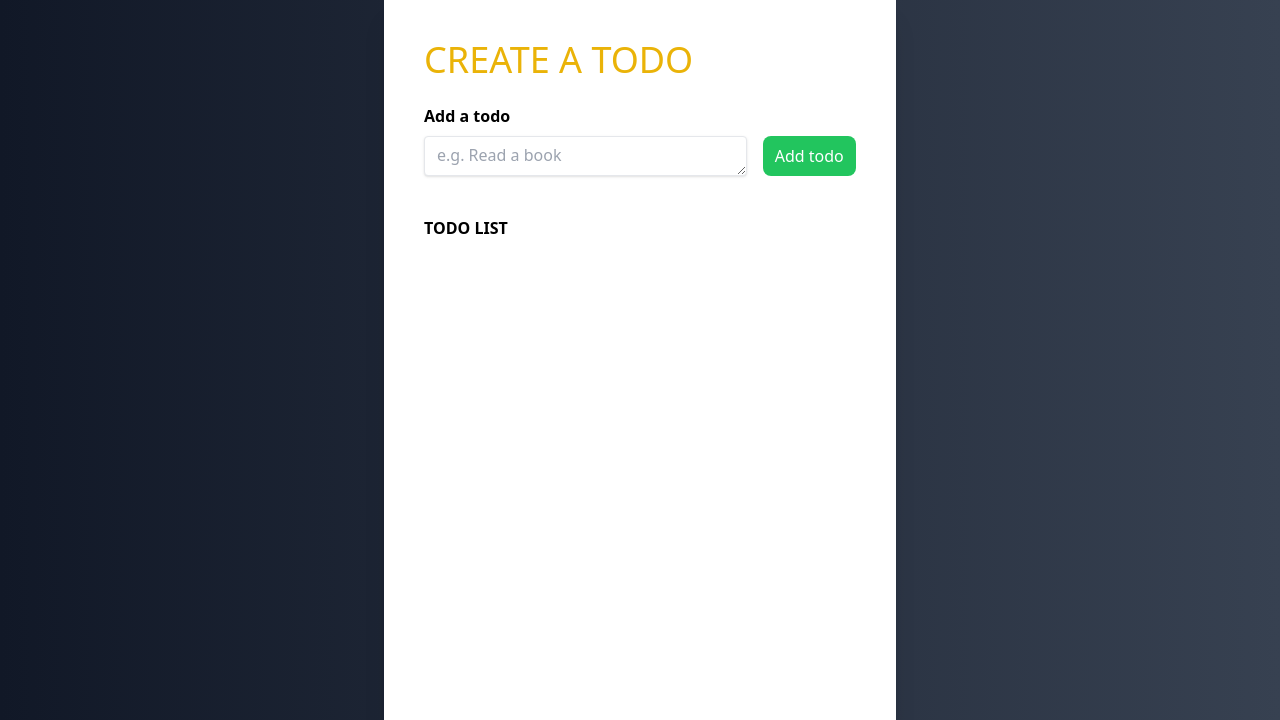
Repository: Kajo-lab/vue-todo
Page: /
These files come from the project's save history. The page is drawn as it stood at one moment and after the next save; the edit follows.
The browser window is 1280 px wide. The pictures show the whole page.
The project was rebuilt for these pictures with package versions that can differ from the ones it lists, and the page was loaded fresh each time. Also part of the build but not shown: vite.config.js, webpack.config.js.

Above is the page before, as saved 2022-07-07 23:11:57.

### src/main.js
import { createApp } from 'vue'
import App from './App.vue'
import "./assets/tailwind.css";

createApp(App).mount('#app')

### src/App.vue
<script setup>
import TodoList from './components/TodoList.vue'
</script>

<template>
  <main>
    <TodoList />
  </main>
</template>

<style></style>

### src/assets/tailwind.css
@tailwind base;
@tailwind components;
@tailwind utilities;

.bubble {
	display: flex;
	align-items: center;
	justify-content: center;
	width: 20px;
	height: 20px;
	border-radius: 50%;
	border: 2px solid var(--business);
	box-shadow: var(--business-glow);
}

.todo-item label {
    @apply block mr-4 cursor-pointer ;
}

.todo-item.done .todo-content input {
    @apply line-through text-gray-400;
}

### src/components/TodoList.vue
<script setup>
import { ref, onMounted, computed, watch } from 'vue'

const todos = ref([])
const name = ref('')

const input_content = ref('')

const todos_asc = computed(() => todos.value.sort((a,b) =>{
	return a.createdAt - b.createdAt
}))

watch(name, (newVal) => {
	localStorage.setItem('name', newVal)
})

watch(todos, (newVal) => {
	localStorage.setItem('todos', JSON.stringify(newVal))
}, {
	deep: true
})

const addTodo = () => {
  if (input_content.value.trim() === '') {
    return
  }

	todos.value.push({
		content: input_content.value,
		done: false,
		editable: false,
		createdAt: new Date().getTime()
	})

	input_content.value = ''
}

const removeTodo = (todo) => {
	todos.value = todos.value.filter((t) => t !== todo)
}

onMounted(() => {
	name.value = localStorage.getItem('name') || ''
	todos.value = JSON.parse(localStorage.getItem('todos')) || []
})
</script>

<template>

<main class="bg-gradient-to-b from-gray-900 to-gray-700 bg-gradient-to-r">
	<div class="relative min-h-screen bg-white px-6 pt-10 pb-8 shadow-xl ring-1 ring-gray-900/5 sm:mx-auto sm:max-w-lg sm:px-10">
		<section class="mb-10">
		<h1 class="text-4xl text-yellow-500 mb-6">CREATE A TODO</h1>
				<h3 class="mb-2 font-bold">Add a todo</h3>
				<form id="new-todo-form" class="flex-none sm:flex" @submit.prevent="addTodo">
					<textarea
						class="flex flex-col max-h-10 shadow appearance-none border rounded w-full py-2 px-3 text-gray-700 leading-tight focus:outline-none focus:shadow-outline"
						type="text"
						name="content"
						id="content"
						placeholder="e.g. Read a book"
						v-model="input_content" />

					<button type="submit" class="h-10 w-full sm:w-32 text-white rounded-lg bg-green-500 hover:bg-green-600 mt-4 sm:mt-0 ml-0 sm:ml-4">Add todo</button>
				</form>
		</section>

		<section>
				<h3 class="mb-2 font-bold">TODO LIST</h3>
				<div id="todo-list">

					<div v-for="todo in todos_asc" :class="`todo-item ${todo.done && 'done'}`">
						<div class="flex-none sm:flex todo-content items-center py-2">
							<div class="flex w-full shadow appearance-none border-none rounded py-2 px-3">
								<label>
									<input type="checkbox" v-model="todo.done" class="bg-gray-200 hover:bg-gray-300 cursor-pointer
											w-6 h-6 border-3 border-amber-500 checked:bg-green-500 focus:outline-none rounded-full"/>
								</label>
									<input
									class="w-full appearance-none border-none rounded text-xl leading-tight focus:outline-none focus:shadow-outline"
									type="text"
									v-model="todo.content" />
							</div>
							<button class="h-10 w-full sm:w-20 text-white rounded-lg bg-red-500 hover:bg-red-600 my-4 sm:my-0 ml-0 sm:ml-4" @click="removeTodo(todo)">Delete</button>
						</div>
					</div>

				</div>
		</section>
	</div>
</main>

</template>

<style src="../assets/tailwind.css"></style>

Loaded but not shown: tailwind.config.js (common file)

After the next save:
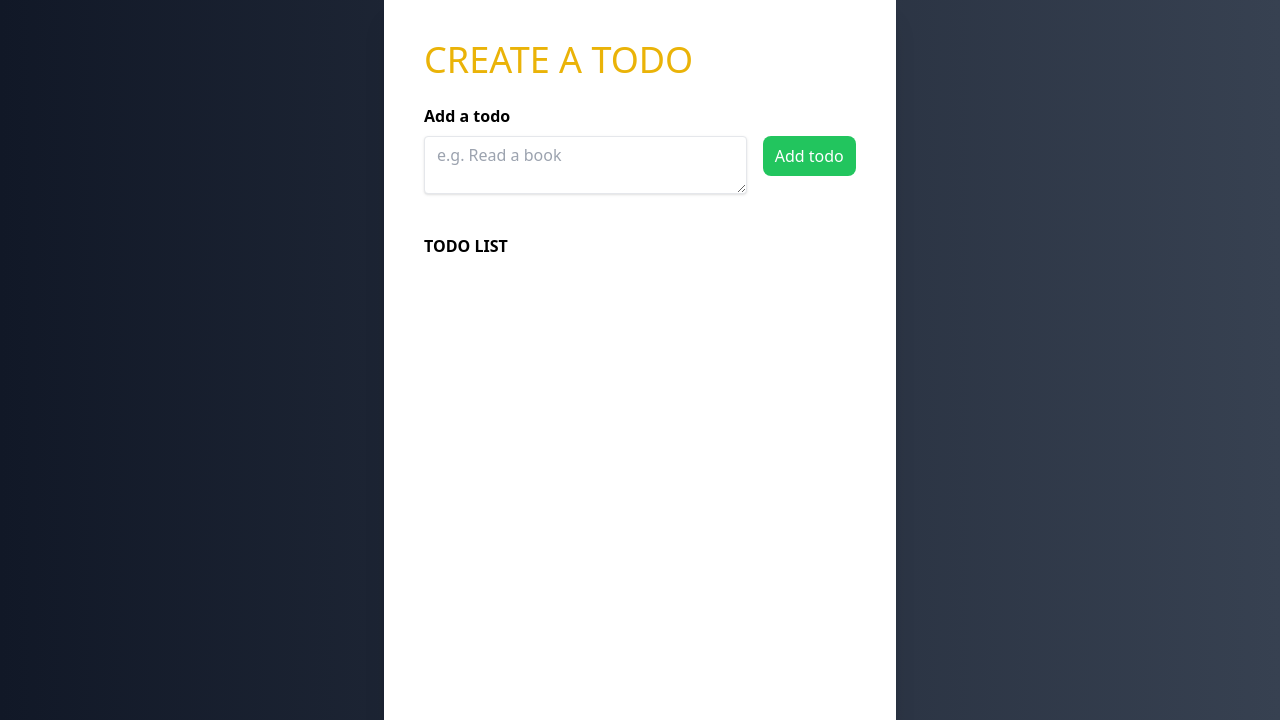
Saved 29 s later.
--- a/src/components/TodoList.vue
+++ b/src/components/TodoList.vue
@@ -54,7 +54,7 @@ onMounted(() => {
 				<h3 class="mb-2 font-bold">Add a todo</h3>
 				<form id="new-todo-form" class="flex-none sm:flex" @submit.prevent="addTodo">
 					<textarea
-						class="flex flex-col max-h-10 shadow appearance-none border rounded w-full py-2 px-3 text-gray-700 leading-tight focus:outline-none focus:shadow-outline"
+						class="flex flex-col max-h-20 shadow appearance-none border rounded w-full py-2 px-3 text-gray-700 leading-tight focus:outline-none focus:shadow-outline"
 						type="text"
 						name="content"
 						id="content"
